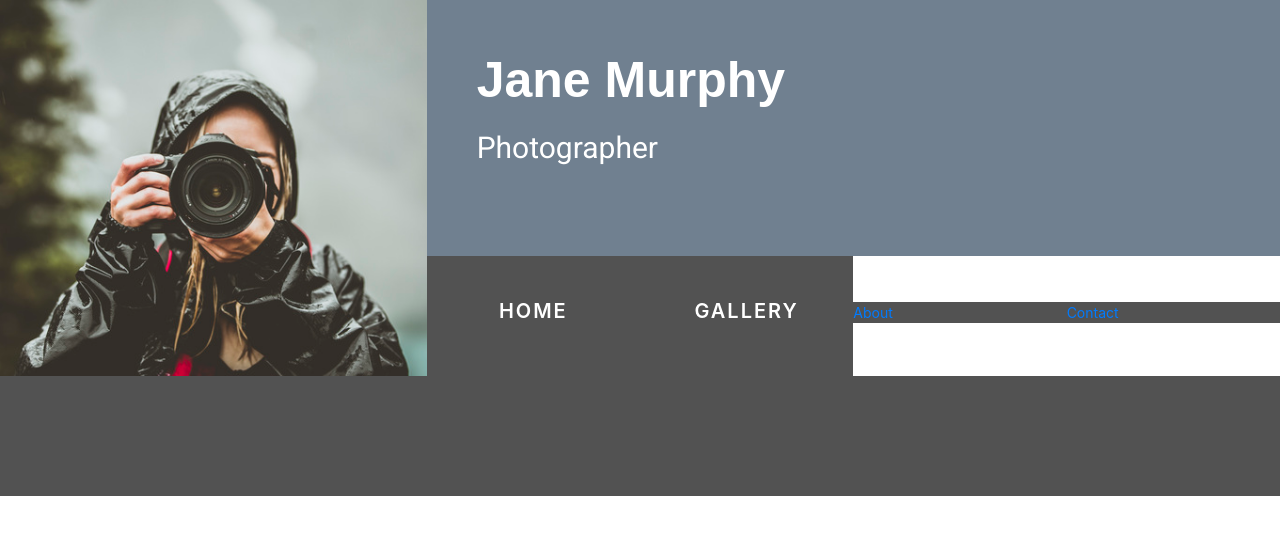
Repository: Code-Institute-Submissions/MrChrisRandall-milestone-1
Page: index.html
The author's editor kept a record of every edit. The page is drawn from the files as they stood at one moment, then again after the next edit.
The browser window is 1280 px wide. The pictures show the whole page.

Above is the page before.

### index.html
<!DOCTYPE html>
<html lang="en">

<head>
    <meta charset="UTF-8">
    <meta name="viewport" content="width=device-width, initial-scale=1.0">
    <meta http-equiv="X-UA-Compatible" content="ie=edge">
    <link rel="stylesheet" href="https://stackpath.bootstrapcdn.com/bootstrap/4.3.1/css/bootstrap.min.css" type="text/css" />
    <link rel="stylesheet" href="https://stackpath.bootstrapcdn.com/font-awesome/4.7.0/css/font-awesome.min.css" type="text/css" />
    <link rel="stylesheet" href="https://cdnjs.cloudflare.com/ajax/libs/hover.css/2.3.1/css/hover-min.css" type="text/css" />
    <link rel="stylesheet" href="assets/css/style.css" type="text/css" />
    <title>Studio 21</title>
</head>

<body>
    <header>
        <div class="row no-gutters">
            <a href="index.html" class="col-md-4 logo">

            </a>
            <div class="col-md-8">
                <div class="row no-gutters bg-color-name-title">
                    <div class="col heading">
                        <h1 class="name">Jane Murphy</h1>
                        <h2 class="title">Photographer</h2>
                    </div>
                </div>
                <div class="row no-gutters">
                    <div class="col">
                        <ul id="nav" class="list-inline menucontainer">
                            <li class="col-2 col-sm-3 ui-menu-color-home list-inline-item menuitem">
                                <a href="#"><span>Home</span></a>
                            </li>
                            <li class="col-2 col-sm-3 ui-menu-color-gallery list-inline-item menuitem">
                                <a href="#"><span>Gallery</span></a>
                            </li>
                            <li class="col-2 col-sm-3 ui-menu-color-about list-inline-item">
                                <a href="#"><span>About</span></a>
                            </li>
                            <li class="col-2 col-sm-3 ui-menu-color-contact list-inline-item">
                                <a href="#"><span>Contact</span></a>
                            </li>
                        </ul>
                    </div>
                </div>

            </div>
        </div>

    </header>

    <section>

    </section>

    <footer>

    </footer>

</body>

</html>

### assets/css/style.css
@import url('https://fonts.googleapis.com/css?family=Roboto&display=swap:100,200,300,400,500,600,700|Exo:100,200,300,400,500,600,700');


/*--------------------------------------------------Colors*/

.bg-color-name-title {
    background-color: #708090;
}

.ui-menu-color-home {
    background-color: #525252;
}

.ui-menu-color-gallery {
    background-color: #525252;
}

.ui-menu-color-about {
    background-color: #525252;
}

.ui-menu-color-contact {
    background-color: #525252;
}

/*--------------------------------------------------Header*/

.header {
    margin: 0;
}

.heading {
    margin-left: 50px;
}

.logo {
    background: url(../images/pic.jpg);
    background-position: center;
    background-repeat: no-repeat;
    background-size: cover;
    min-height: 360px;
    transition: all .5s ease-in-out;
    -moz-transition: all .5s ease-in-out;
    -webkit-transition: all .5s ease-in-out;
}

.name {
    font-family: "Exo", sans-serif;
    font-weight: 600;
    font-size: 50px;
    margin-top: 50px;
    color: #fff;
}

.title {
    font-family: "Roboto", sans-serif;
    font-weight: 400;
    font-size: 30px;
    margin-top: 20px;
    margin-bottom: 90px;
    color: #fff;
}

.list-inline-item:not(:last-child) {
    margin: 0;
}

.menucontainer {
    font-size: 0;
}

#nav {
    margin: 0;
}

#nav li {
    font-size: 14px;
    padding: 0;
}

.menuitem {
    height: 120px;
    text-align: center;
    padding: 0;
}

.menuitem a {
    width: 100%;
    text-decoration: none;
    color: #fff;
    height: 120px;
}

.menuitem span {
    display: block;
    width: 100%;
    padding-top: 40px;
    text-align: center;
    text-transform: uppercase;
    font-size: 20px;
    font-weight: 600;
    letter-spacing: 2px;
}

/*--------------------------------------------------Footer*/

footer {
    background-color: #525252;
    color: #fafafa;
    min-height: 120px;
    margin: 0;
}

.cv-pdf i {
    font-size: 18px;
    color: #fafafa;
    text-align: center;
    padding-left: 5px;
    transition: all 0.35s ease-in-out;
    -moz-transition: all 0.35s ease-in-out;
    -webkit-transition: all 0.35s ease-in-out;
    -o-transition: all 0.35s ease-in-out;
}

.cv-pdf i:hover {
    color: #708090;
}

.social-links {
    padding-bottom: 15px;
}

.social-links li a i {
    width: 32px;
    height: 32px;
    padding: 12px 0;
    border-radius: 50%;
    font-size: 13px;
    line-height: 7px;
    text-align: center;
    color: #fafafa;
    background: #8f8f8f;
    transition: all 0.35s ease-in-out;
    -moz-transition: all 0.35s ease-in-out;
    -webkit-transition: all 0.35s ease-in-out;
    -o-transition: all 0.35s ease-in-out;
}

.social-links li a i:hover {
    background: #708090;
}

#footer-details {
    padding: 20px;
}

After the next edit:
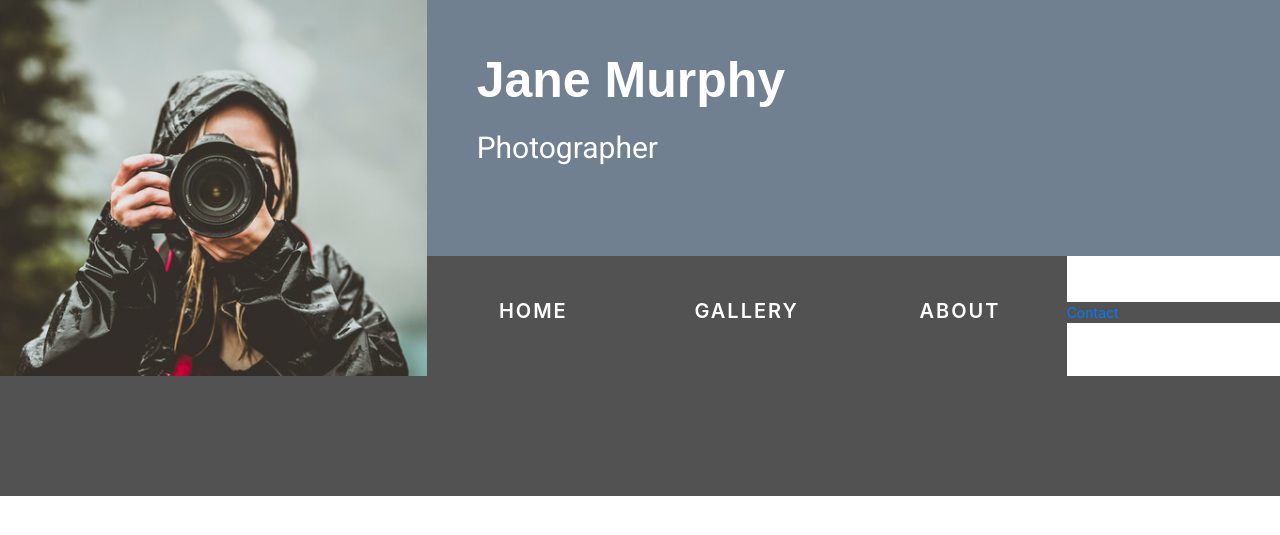
The edit:
--- a/index.html
+++ b/index.html
@@ -34,7 +34,7 @@
                             <li class="col-2 col-sm-3 ui-menu-color-gallery list-inline-item menuitem">
                                 <a href="#"><span>Gallery</span></a>
                             </li>
-                            <li class="col-2 col-sm-3 ui-menu-color-about list-inline-item">
+                            <li class="col-2 col-sm-3 ui-menu-color-about list-inline-item menuitem">
                                 <a href="#"><span>About</span></a>
                             </li>
                             <li class="col-2 col-sm-3 ui-menu-color-contact list-inline-item">
